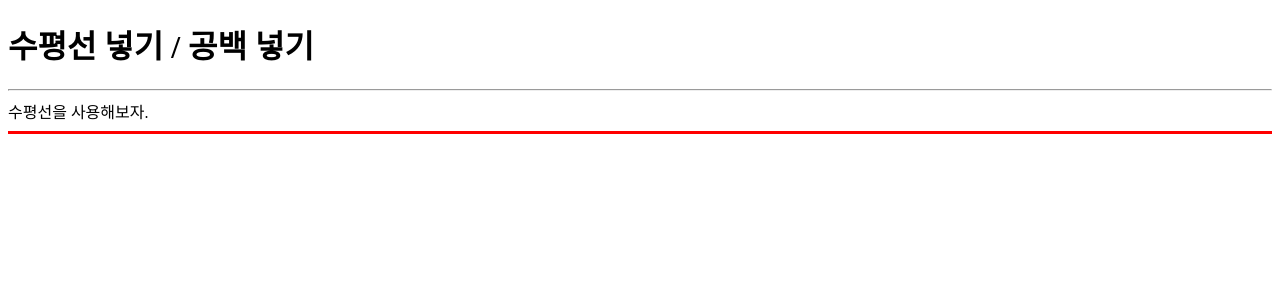
Repository: jp0301/WebStudy
Page: WebApp01/WebContent/Test006.html
These files come from the project's save history. The page is drawn as it stood at one moment and after the next save; the edit follows.
The browser window is 1280 px wide. The pictures show the whole page.

Above is the page before, as saved 2022-09-27 00:20:31.

After the next save:
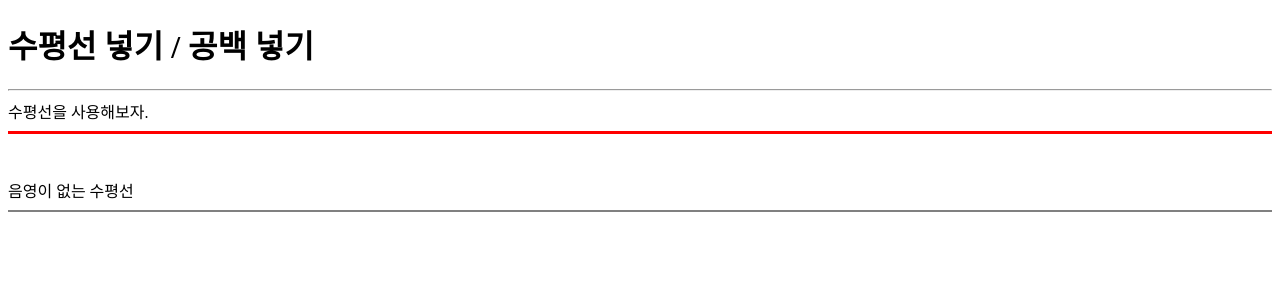
Saved 113 s later.
--- a/WebApp01/WebContent/Test006.html
+++ b/WebApp01/WebContent/Test006.html
@@ -16,7 +16,8 @@
 		<hr size ="3" align="left" color="red">
 		<br><br>
 
-
+		음영이 없는 수평선
+		<hr size="2" noshade="noshade">
 
 	</div>
 
